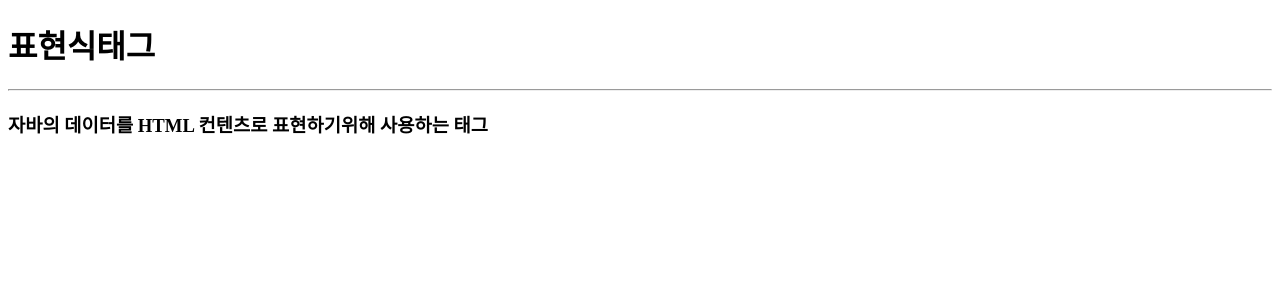
Repository: ParkHyeonju12/servlet
Page: http://localhost/04_jspProject/jsp/expressionTag.jsp
An editor plug-in stored every save of this project. The page is shown before and after the next save, followed by the edit.
The browser window is 1280 px wide. The pictures show the whole page.
The page is served by Tomcat 9.

Above is the page before, as saved 2022-08-30 06:39:22.

After the next save:
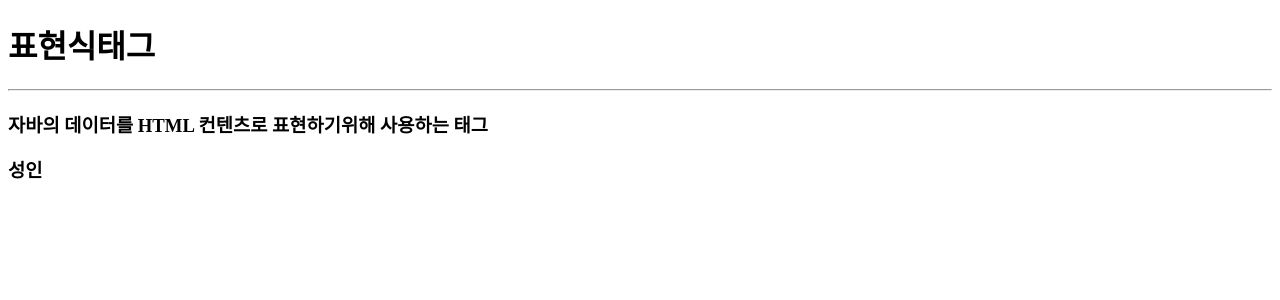
Saved 19 s later.
--- a/web-workspace/04_jspProject/src/main/webapp/jsp/expressionTag.jsp
+++ b/web-workspace/04_jspProject/src/main/webapp/jsp/expressionTag.jsp
@@ -14,9 +14,9 @@
 		int age = 20;
 	%>
 	<% if(age>19){ %>
-
+		<h3>성인</h3>
 	<%} else{ %>
-
+		<h3>미성년자</h3>
 	<%} %>
 </body>
 </html>
